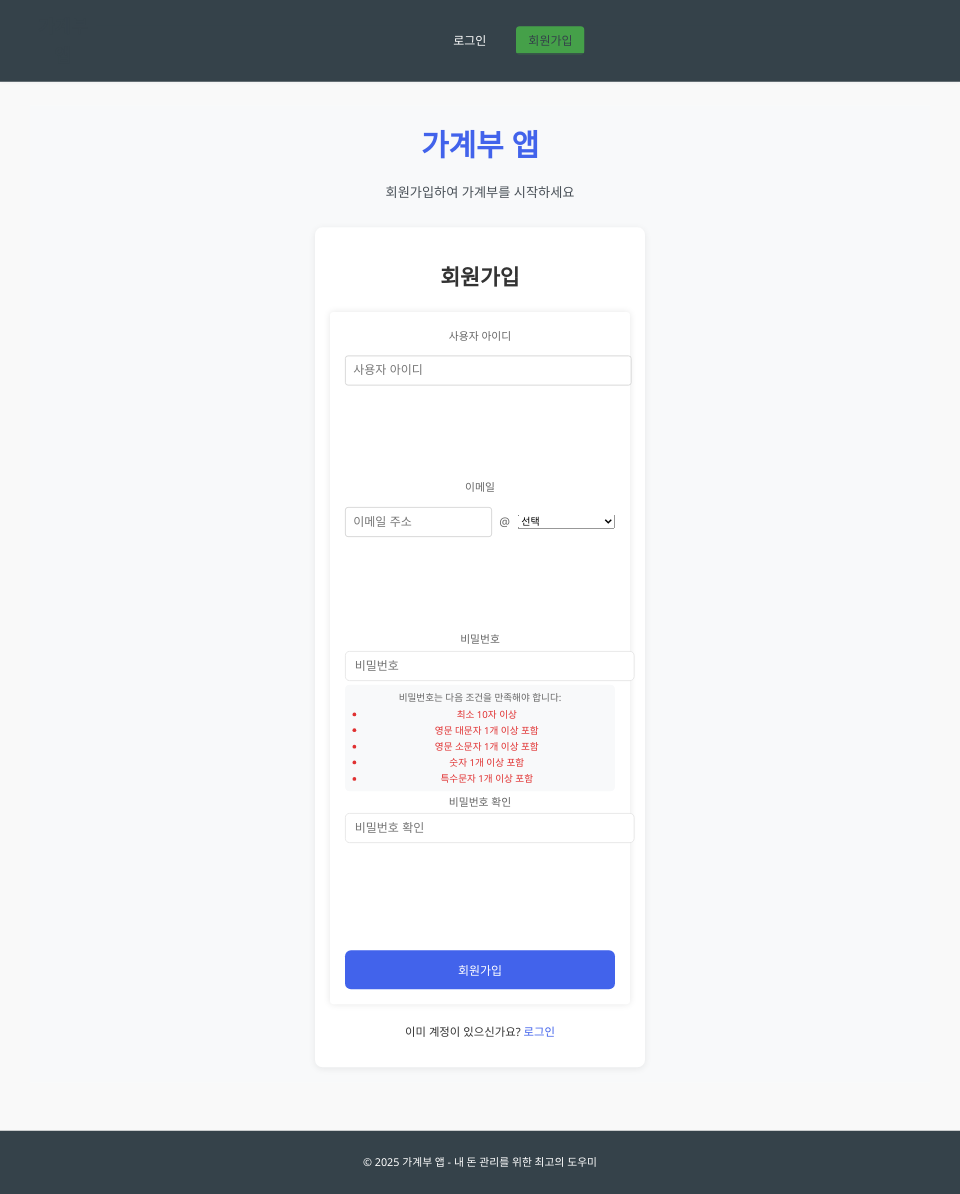
Repository: dldnwls07/Register_Login_Form
Page: /register
These files come from the project's save history. The page is drawn as it stood at one moment and after the next save; the edit follows.
The browser window is 1280 px wide. The pictures show the whole page, at 75% of full size.
The project was rebuilt for these pictures with package versions that can differ from the ones it lists, and the page was loaded fresh each time. Also part of the build but not shown: src/components/Summary.jsx, src/styles/pages/MainPage.css, src/pages/MainPage.jsx, src/utils/categoryData.js, src/components/CategorySelector.jsx, src/components/EntryForm.jsx, src/components/EntryTable.jsx, src/components/SearchBar.jsx and 15 more.

Above is the page before, as saved 2025-05-23 14:13:05.

After the next save:
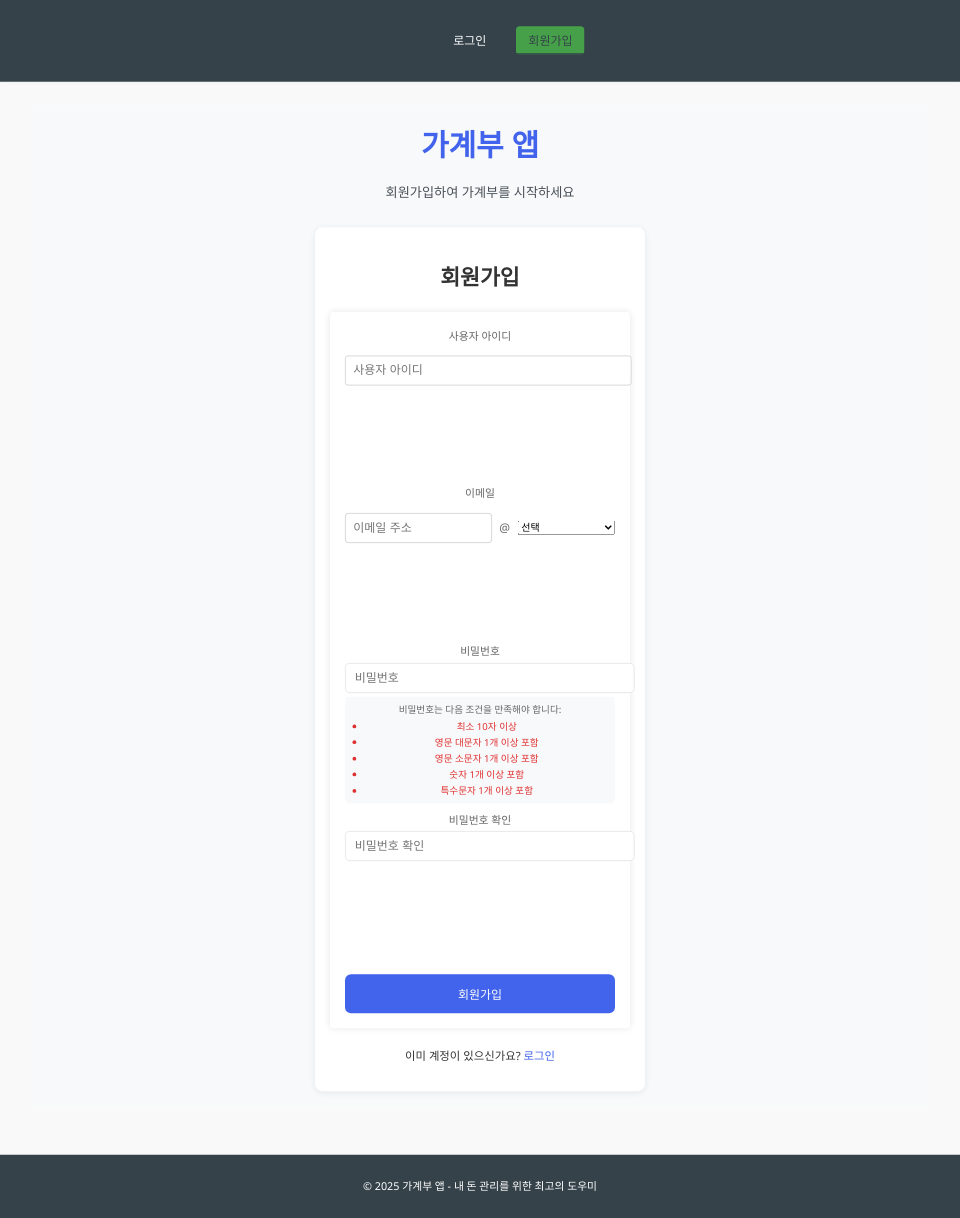
Saved 16 s later.
--- a/src/styles/components/AuthForm.css
+++ b/src/styles/components/AuthForm.css
@@ -26,7 +26,7 @@
 .form-group {
   display: flex;
   flex-direction: column;
-  margin-bottom: 2px;
+  margin-bottom: 10px;
 }
 
 .form-group label {
